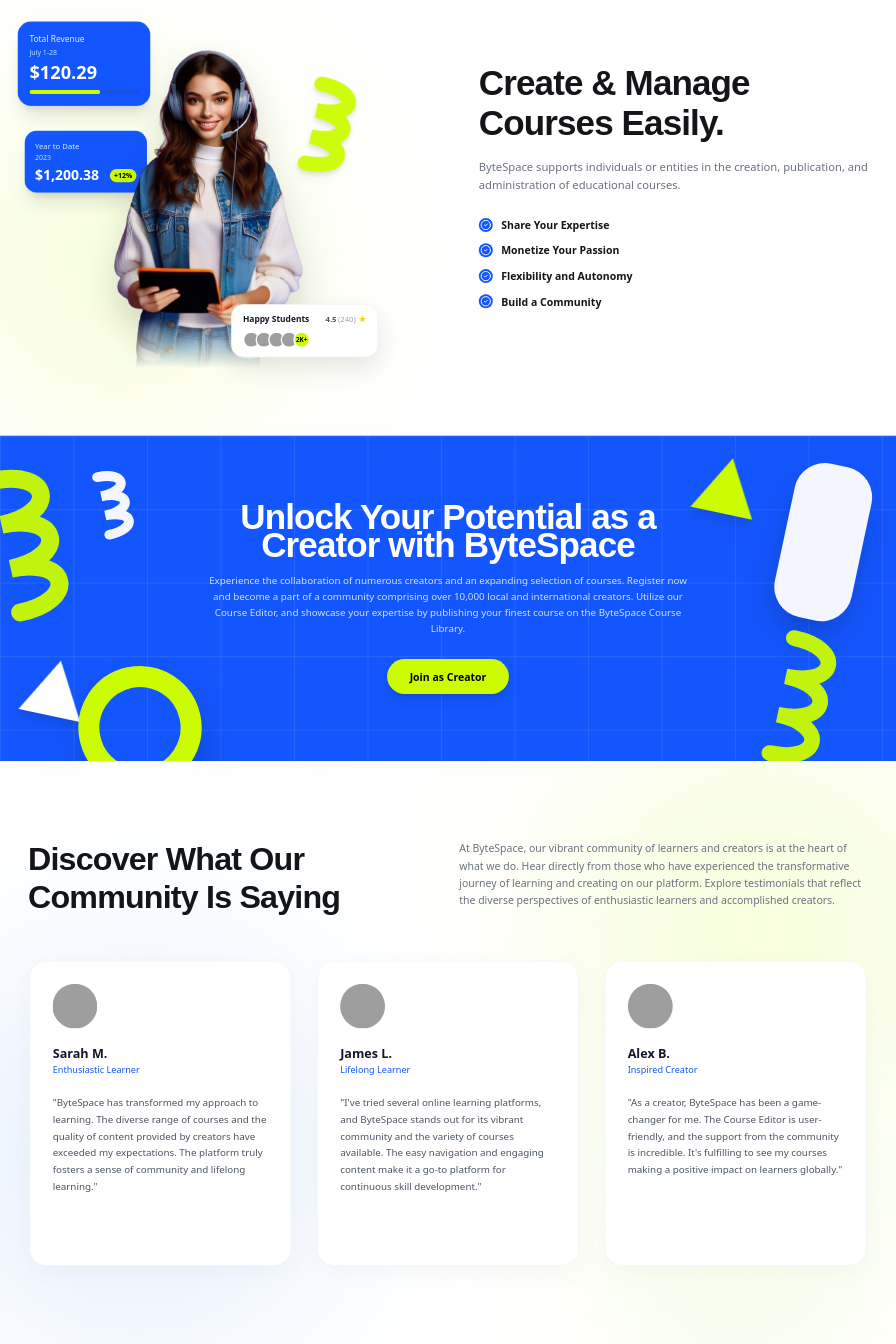
Repository: mdkawsarjomadder/bytespace
Page: /
The author's editor kept a copy of each file at every save. The page is drawn from the files as they stood at one save, then again after the next save.
The browser window is 1280 px wide. The pictures show the part of the page from y = 4009 to 5929 px (the page is 5929 px tall), at 70% of full size.
Pictures or frames that could not be fetched are drawn as grey boxes. Some web fonts or font styles are not loaded; a fallback is used. The project was rebuilt for these pictures with package versions that can differ from the ones it lists, and the page was loaded fresh each time. Also part of the build but not shown: vite.config.js.

Above is the page before, as saved 2026-09-30 00:40:23.

### index.html
<!doctype html>
<html lang="en">
  <head>
    <meta charset="UTF-8" />
    <link rel="icon" type="image/svg+xml" href="/favicon.svg" />
    <meta name="viewport" content="width=device-width, initial-scale=1.0" />
    <title>bytespace</title>
  </head>
  <body>
    <div id="root"></div>
    <script type="module" src="/src/main.jsx"></script>
    <link href="https://api.fontshare.com/v2/css?f[]=satoshi@400,500,700&display=swap" rel="stylesheet">
  </body>
</html>

### src/App.jsx
import React from 'react';
import Navbar from './components/Navbar';
import Hero from './components/Hero';
import CategoryPills from './components/CategoryPills';
import CourseGrid from './components/CourseGrid';
import LearningPaths from './components/LearningPaths';
import GrowthStats from './components/GrowthStats';
import CreatorCTA from './components/CreatorCTA';
import UnlockCreatorBanner from './components/UnlockCreatorBanner';
import Testimonials from './components/Testimonials';

function App() {
  return (
    <div className="min-h-screen bg-gray-50 font-sans">
      <Navbar />
      <Hero />
      < CategoryPills/>
      < CourseGrid/>
      < LearningPaths/>
      < GrowthStats/>
      < CreatorCTA/>
      < UnlockCreatorBanner/>
      < Testimonials  />
    </div>
  );
}

export default App;

### src/components/Navbar.jsx
import React from 'react';
import { ShoppingBag } from 'lucide-react';

const Navbar = () => {
  return (
    <header className="w-full h-[120px] bg-[#1456fd] border-b border-blue-400/20 pl-[122px] pr-16 flex items-center justify-between relative z-50">
      {/* 1. Brand Logo (Figma Specs: 171px x 37px) */}
      <div
        className="w-[171px] h-[37px] flex items-center gap-3 cursor-pointer select-none"
        style={{ opacity: 1 }}
      >
        {/* Play Icon Logo */}
        <div className="w-[37px] h-[37px] rounded-full bg-[#d2fb1b] flex items-center justify-center shrink-0">
          <svg
            className="w-4 h-4 text-black fill-current translate-x-0.5"
            viewBox="0 0 24 24"
          >
            <path d="M8 5v14l11-7z" />
          </svg>
        </div>
        {/* Logo Text */}
        <span className="text-[28px] font-bold tracking-tight text-white leading-none font-['Satoshi']">
          ByteSpace
        </span>
      </div>

      {/* 2. Navigation Links */}
      <nav className="hidden md:flex items-center gap-8 font-['Satoshi']">
        <a
          href="#home"
          className="text-[#F5F5F6] text-[16px] leading-[160%] font-normal hover:text-[#d2fb1b] transition-colors"
        >
          Home
        </a>
        <a
          href="#courses"
          className="w-[58px] h-[26px] flex items-center text-[#F5F5F6] text-[16px] leading-[160%] font-normal hover:text-[#d2fb1b] transition-colors"
          style={{ opacity: 1 }}
        >
          Courses
        </a>
        <a
          href="#creators"
          className="text-[#F5F5F6] text-[16px] leading-[160%] font-normal hover:text-[#d2fb1b] transition-colors"
        >
          Creators
        </a>
      </nav>

      {/* 3. Action Buttons & Cart */}
      <div className="flex items-center gap-6 font-['Satoshi']">
        <button
          className="w-[49px] h-[24px] flex items-center justify-center text-[#F5F5F6] text-[16px] leading-[24px] font-normal hover:text-white/80 transition-colors"
          style={{ opacity: 1 }}
        >
          Sign In
        </button>
        <button
          className="h-[24px] px-2 flex items-center justify-center text-[#F5F5F6] text-[16px] leading-[24px] font-normal hover:text-white/80 transition-colors"
          style={{ opacity: 1 }}
        >
          Join us
        </button>
        <button className="text-[#F5F5F6] hover:text-[#d2fb1b] transition-colors flex items-center justify-center ml-2">
          <ShoppingBag size={22} strokeWidth={2} />
        </button>
      </div>
    </header>
  );
};

export default Navbar;

### src/components/CategoryPills.jsx
import React, { useState } from 'react';

const CategoryPills = () => {
  const [activeCategory, setActiveCategory] = useState('Featured');

  // ফিগমার হুবহু ৩টি সারি
  const row1 = [
    'Featured',
    'Music',
    'Drawing & Painting',
    'Marketing',
    'Animation',
    'Social Media',
    'UI/UX Design',
    'Creative Marketing',
  ];

  const row2 = [
    'Digital Illustration',
    'Film & Video',
    'Crafts',
    'Freelance & Entrepreneurship',
    'Graphic Design',
    'Photography',
  ];

  const row3 = [
    'Productivity',
    'Web Development',
    'Data Science',
    'Cooking',
  ];

  return (
    <section className="w-full bg-white pt-24 pb-20 px-4 flex flex-col items-center text-center">
      <div className="w-full max-w-[1200px] mx-auto flex flex-col items-center">

        {/* Title */}
        <h2 className="text-3xl md:text-[44px] font-bold text-[#141518] tracking-tight leading-[1.2] font-['Satoshi',sans-serif]">
          Discover Your Passion, <br /> Build Your Skills
        </h2>

        {/* Subtitle */}
        <p className="mt-4 text-[15px] text-gray-500 max-w-[650px] leading-relaxed font-normal">
          At Bytespace Courses, we bring you closer to life-changing knowledge. Explore a variety of courses across different fields, from technology to the arts, and make a difference in your career and life.
        </p>

        {/* Category Filter Pills (Strict 3 Rows) */}
        <div className="mt-12 flex flex-col items-center gap-3.5 w-full">

          {/* Row 1: 8 Items (No wrap on large screens) */}
          <div className="flex flex-wrap lg:flex-nowrap justify-center items-center gap-2.5">
            {row1.map((item) => (
              <button
                key={item}
                onClick={() => setActiveCategory(item)}
                className={`px-4 py-2 rounded-full text-[13px] font-medium transition-all whitespace-nowrap cursor-pointer ${
                  activeCategory === item
                    ? 'bg-[#CBFC01] text-black font-semibold'
                    : 'bg-[#F4F5F7] text-gray-700 hover:bg-gray-200'
                }`}
              >
                {item}
              </button>
            ))}
          </div>

          {/* Row 2: 6 Items */}
          <div className="flex flex-wrap lg:flex-nowrap justify-center items-center gap-2.5">
            {row2.map((item) => (
              <button
                key={item}
                onClick={() => setActiveCategory(item)}
                className={`px-4 py-2 rounded-full text-[13px] font-medium transition-all whitespace-nowrap cursor-pointer ${
                  activeCategory === item
                    ? 'bg-[#CBFC01] text-black font-semibold'
                    : 'bg-[#F4F5F7] text-gray-700 hover:bg-gray-200'
                }`}
              >
                {item}
              </button>
            ))}
          </div>

          {/* Row 3: 4 Items + More Button */}
          <div className="flex flex-wrap justify-center items-center gap-2.5">
            {row3.map((item) => (
              <button
                key={item}
                onClick={() => setActiveCategory(item)}
                className={`px-4 py-2 rounded-full text-[13px] font-medium transition-all whitespace-nowrap cursor-pointer ${
                  activeCategory === item
                    ? 'bg-[#CBFC01] text-black font-semibold'
                    : 'bg-[#F4F5F7] text-gray-700 hover:bg-gray-200'
                }`}
              >
                {item}
              </button>
            ))}

            {/* + More Button */}
            <button className="px-3 py-2 text-[13px] font-semibold text-[#1456fd] hover:underline cursor-pointer flex items-center gap-1">
              + More
            </button>
          </div>

        </div>

      </div>
    </section>
  );
};

export default CategoryPills;

### src/components/LearningPaths.jsx
import React from 'react';
import { PenTool, Code, Laptop, Building2, Megaphone, Camera } from 'lucide-react';

const paths = [
  { id: 1, name: 'Design', icon: PenTool },
  { id: 2, name: 'Development', icon: Code },
  { id: 3, name: 'IT & Software', icon: Laptop },
  { id: 4, name: 'Business', icon: Building2 },
  { id: 5, name: 'Marketing', icon: Megaphone },
  { id: 6, name: 'Photography', icon: Camera },
];

const LearningPaths = () => {
  return (
    <section className="w-full bg-white py-20 px-4 flex justify-center">
      <div className="w-full max-w-[1202px] flex flex-col items-center text-center">

        {/* Title */}
        <h2 className="text-3xl md:text-[44px] font-bold text-[#141518] tracking-tight leading-[1.2] font-['Satoshi',sans-serif]">
          Explore Diverse Learning Paths at Bytespace
        </h2>

        {/* Subtitle */}
        <p className="mt-4 text-sm md:text-[15px] text-gray-500 max-w-[760px] leading-relaxed font-normal">
          At Bytespace, we believe in empowering individuals through knowledge. Our diverse range of courses spans various fields, ensuring there's something for everyone. Unleash your potential and explore our carefully curated categories.
        </p>

        {/* Learning Path 6 Cards Row (Figma: 1202px x 167px) */}
        <div className="mt-14 w-full grid grid-cols-2 sm:grid-cols-3 lg:grid-cols-6 gap-4">
          {paths.map((item) => {
            const Icon = item.icon;
            return (
              <div
                key={item.id}
                className="h-[167px] bg-white rounded-[24px] border border-gray-200/90 hover:border-gray-300 shadow-[0_4px_20px_rgba(0,0,0,0.02)] hover:shadow-md transition-all duration-200 flex flex-col items-center justify-center gap-4 cursor-pointer group"
              >
                {/* Lime Circular Icon */}
                <div className="w-14 h-14 rounded-full bg-[#CBFC01] flex items-center justify-center transition-transform group-hover:scale-110">
                  <Icon className="w-6 h-6 text-black stroke-[2.2]" />
                </div>

                {/* Path Label */}
                <span className="text-[15px] font-bold text-gray-900 group-hover:text-[#1456fd] transition-colors">
                  {item.name}
                </span>
              </div>
            );
          })}
        </div>

      </div>
    </section>
  );
};

export default LearningPaths;

### src/components/Testimonials.jsx
import React from 'react';

const testimonials = [
  {
    id: 1,
    name: 'Sarah M.',
    role: 'Enthusiastic Learner',
    avatar: 'https://images.unsplash.com/photo-1534528741775-53994a69daeb?auto=format&fit=crop&w=150&q=80',
    quote:
      '"ByteSpace has transformed my approach to learning. The diverse range of courses and the quality of content provided by creators have exceeded my expectations. The platform truly fosters a sense of community and lifelong learning."',
  },
  {
    id: 2,
    name: 'James L.',
    role: 'Lifelong Learner',
    avatar: 'https://images.unsplash.com/photo-1507003211169-0a1dd7228f2d?auto=format&fit=crop&w=150&q=80',
    quote:
      '"I\'ve tried several online learning platforms, and ByteSpace stands out for its vibrant community and the variety of courses available. The easy navigation and engaging content make it a go-to platform for continuous skill development."',
  },
  {
    id: 3,
    name: 'Alex B.',
    role: 'Inspired Creator',
    avatar: 'https://images.unsplash.com/photo-1500648767791-00dcc994a43e?auto=format&fit=crop&w=150&q=80',
    quote:
      '"As a creator, ByteSpace has been a game-changer for me. The Course Editor is user-friendly, and the support from the community is incredible. It\'s fulfilling to see my courses making a positive impact on learners globally."',
  },
];

const Testimonials = () => {
  return (
    <section className="relative w-full bg-white py-28 px-4 overflow-hidden flex justify-center">
      {/* 1. Exact Ambient Background Glows */}
      {/* Bottom-Left Soft Blue Glow */}
      <div className="absolute -left-20 bottom-0 w-[550px] h-[550px] bg-[#dbeafe]/70 rounded-full blur-[140px] pointer-events-none" />

      {/* Top-Right Soft Lime Glow */}
      <div className="absolute -right-20 -top-10 w-[550px] h-[550px] bg-[#f2ffc2]/60 rounded-full blur-[150px] pointer-events-none" />

      {/* Bottom-Right Soft Lime Glow Accent */}
      <div className="absolute right-0 bottom-[-80px] w-[450px] h-[450px] bg-[#f7fee7]/80 rounded-full blur-[130px] pointer-events-none" />

      <div className="relative z-10 w-full max-w-[1200px] flex flex-col items-center">

        {/* ================= HEADER: TITLE & PARAGRAPH ================= */}
        <div className="w-full grid grid-cols-1 lg:grid-cols-12 gap-8 items-start mb-16">
          {/* Left Title */}
          <div className="lg:col-span-6">
            <h2 className="text-4xl md:text-[46px] font-bold text-[#141518] tracking-tight leading-[1.18] font-['Satoshi',sans-serif]">
              Discover What Our <br /> Community Is Saying
            </h2>
          </div>

          {/* Right Subtitle */}
          <div className="lg:col-span-6 flex items-center">
            <p className="text-[14px] md:text-[15px] text-gray-500 leading-relaxed font-normal">
              At ByteSpace, our vibrant community of learners and creators is at the heart of what we do. Hear directly from those who have experienced the transformative journey of learning and creating on our platform. Explore testimonials that reflect the diverse perspectives of enthusiastic learners and accomplished creators.
            </p>
          </div>
        </div>

        {/* ================= 3 TESTIMONIAL CARDS (374px x 436px) ================= */}
        <div className="w-full grid grid-cols-1 md:grid-cols-2 lg:grid-cols-3 gap-8 justify-items-center">
          {testimonials.map((item) => (
            <div
              key={item.id}
              className="w-full max-w-[374px] min-h-[436px] bg-white rounded-[24px] p-8 shadow-[0_10px_35px_rgba(0,0,0,0.03)] border border-gray-100 flex flex-col justify-start text-left hover:shadow-lg transition-all duration-300"
            >
              {/* Avatar Circle */}
              <div className="w-16 h-16 rounded-full overflow-hidden bg-gray-100 mb-6 shrink-0">
                <img
                  src={item.avatar}
                  alt={item.name}
                  className="w-full h-full object-cover"
                />
              </div>

              {/* Name & Role */}
              <div>
                <h4 className="text-[18px] font-bold text-gray-900 leading-tight">
                  {item.name}
                </h4>
                <p className="text-[13px] text-[#1456fd] font-medium mt-1">
                  {item.role}
                </p>
              </div>

              {/* Quote Content */}
              <p className="mt-6 text-[14px] leading-[1.7] text-gray-600 font-normal">
                {item.quote}
              </p>
            </div>
          ))}
        </div>

      </div>
    </section>
  );
};

export default Testimonials;

Loaded but not shown: src/main.jsx (common file); src/index.css (common file); tailwind.config.js (common file); src/components/Hero.jsx (220 lines, source omitted); src/components/GrowthStats.jsx (195 lines, source omitted); src/components/CreatorCTA.jsx (126 lines, source omitted); src/components/CourseGrid.jsx (160 lines, source omitted); src/components/UnlockCreatorBanner.jsx (71 lines, source omitted)

After the next save:
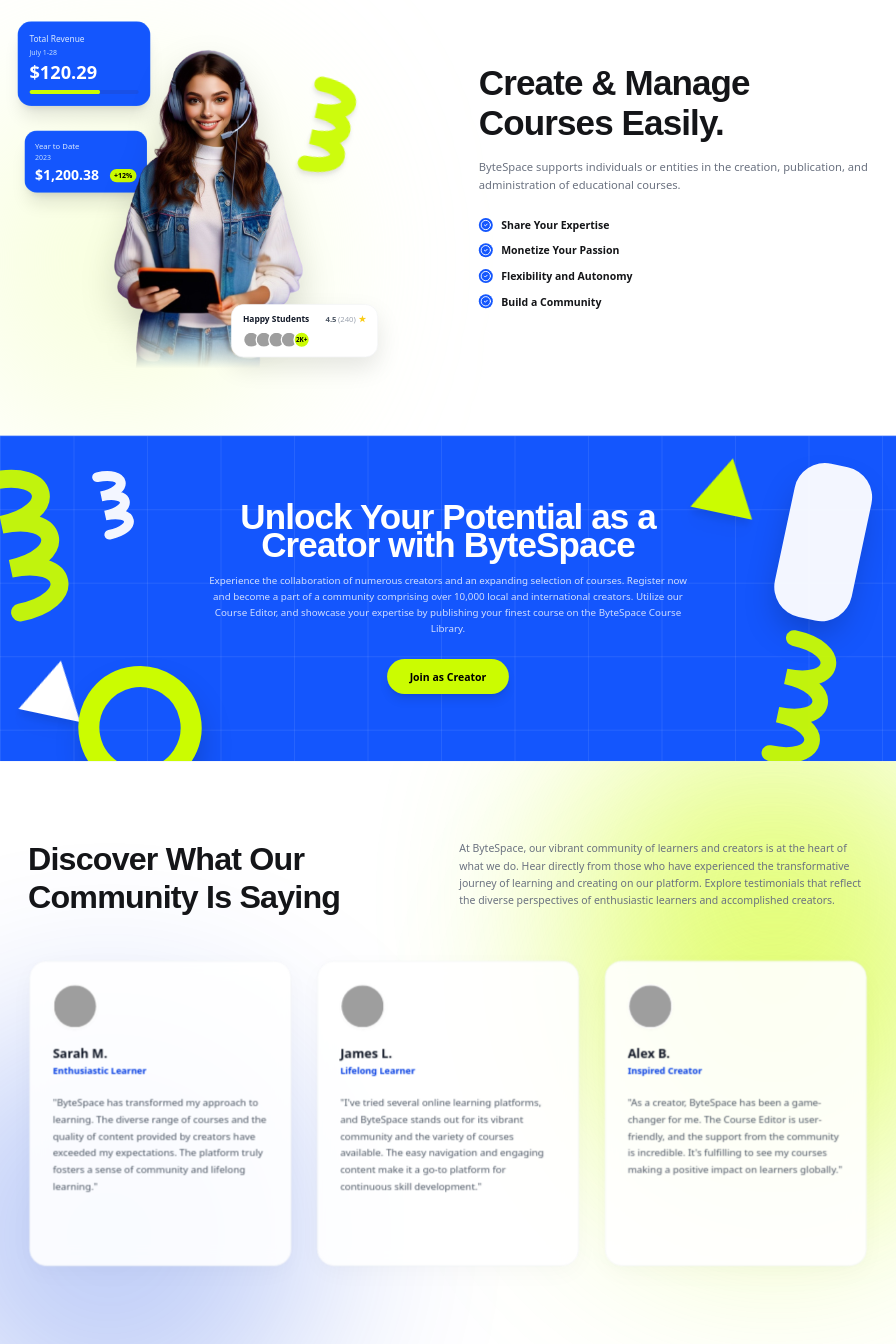
Saved 3 min 7 s later.
--- a/src/components/Testimonials.jsx
+++ b/src/components/Testimonials.jsx
@@ -30,28 +30,37 @@
 const Testimonials = () => {
   return (
     <section className="relative w-full bg-white py-28 px-4 overflow-hidden flex justify-center">
-      {/* 1. Exact Ambient Background Glows */}
-      {/* Bottom-Left Soft Blue Glow */}
-      <div className="absolute -left-20 bottom-0 w-[550px] h-[550px] bg-[#dbeafe]/70 rounded-full blur-[140px] pointer-events-none" />
+      {/* ================= EXACT BACKGROUND GLOWS ================= */}
 
-      {/* Top-Right Soft Lime Glow */}
-      <div className="absolute -right-20 -top-10 w-[550px] h-[550px] bg-[#f2ffc2]/60 rounded-full blur-[150px] pointer-events-none" />
+      {/* 1. Niche Left Konare: Deep Blue (#003BE2) Glow */}
+      <div
+        className="absolute -left-36 -bottom-36 w-[600px] h-[600px] rounded-full blur-[140px] pointer-events-none opacity-25"
+        style={{ backgroundColor: '#003BE2' }}
+      />
 
-      {/* Bottom-Right Soft Lime Glow Accent */}
-      <div className="absolute right-0 bottom-[-80px] w-[450px] h-[450px] bg-[#f7fee7]/80 rounded-full blur-[130px] pointer-events-none" />
+      {/* 2. Right Upore: Lime Green (#CBFC01) Glow */}
+      <div
+        className="absolute -right-24 -top-20 w-[550px] h-[550px] rounded-full blur-[150px] pointer-events-none opacity-45"
+        style={{ backgroundColor: '#CBFC01' }}
+      />
 
+      {/* 3. Right Center: Lime Green (#CBFC01) Glow */}
+      <div
+        className="absolute -right-20 top-1/2 -translate-y-1/2 w-[500px] h-[500px] rounded-full blur-[160px] pointer-events-none opacity-40"
+        style={{ backgroundColor: '#CBFC01' }}
+      />
+
+      {/* ================= MAIN CONTENT ================= */}
       <div className="relative z-10 w-full max-w-[1200px] flex flex-col items-center">
 
-        {/* ================= HEADER: TITLE & PARAGRAPH ================= */}
+        {/* Header: Title & Subtitle */}
         <div className="w-full grid grid-cols-1 lg:grid-cols-12 gap-8 items-start mb-16">
-          {/* Left Title */}
           <div className="lg:col-span-6">
             <h2 className="text-4xl md:text-[46px] font-bold text-[#141518] tracking-tight leading-[1.18] font-['Satoshi',sans-serif]">
               Discover What Our <br /> Community Is Saying
             </h2>
           </div>
 
-          {/* Right Subtitle */}
           <div className="lg:col-span-6 flex items-center">
             <p className="text-[14px] md:text-[15px] text-gray-500 leading-relaxed font-normal">
               At ByteSpace, our vibrant community of learners and creators is at the heart of what we do. Hear directly from those who have experienced the transformative journey of learning and creating on our platform. Explore testimonials that reflect the diverse perspectives of enthusiastic learners and accomplished creators.
@@ -59,15 +68,15 @@
           </div>
         </div>
 
-        {/* ================= 3 TESTIMONIAL CARDS (374px x 436px) ================= */}
+        {/* 3 Cards Grid (Figma Specs: 374 Hug x 436 Hug) */}
         <div className="w-full grid grid-cols-1 md:grid-cols-2 lg:grid-cols-3 gap-8 justify-items-center">
           {testimonials.map((item) => (
             <div
               key={item.id}
-              className="w-full max-w-[374px] min-h-[436px] bg-white rounded-[24px] p-8 shadow-[0_10px_35px_rgba(0,0,0,0.03)] border border-gray-100 flex flex-col justify-start text-left hover:shadow-lg transition-all duration-300"
+              className="w-full max-w-[374px] min-h-[436px] bg-white/90 backdrop-blur-md rounded-[24px] p-8 shadow-[0_10px_35px_rgba(0,0,0,0.03)] border border-gray-100 flex flex-col justify-start text-left hover:shadow-lg transition-all duration-300"
             >
-              {/* Avatar Circle */}
-              <div className="w-16 h-16 rounded-full overflow-hidden bg-gray-100 mb-6 shrink-0">
+              {/* Avatar */}
+              <div className="w-16 h-16 rounded-full overflow-hidden bg-gray-100 mb-6 shrink-0 border-2 border-white shadow-sm">
                 <img
                   src={item.avatar}
                   alt={item.name}
@@ -80,12 +89,12 @@
                 <h4 className="text-[18px] font-bold text-gray-900 leading-tight">
                   {item.name}
                 </h4>
-                <p className="text-[13px] text-[#1456fd] font-medium mt-1">
+                <p className="text-[13px] text-[#003BE2] font-semibold mt-1">
                   {item.role}
                 </p>
               </div>
 
-              {/* Quote Content */}
+              {/* Quote */}
               <p className="mt-6 text-[14px] leading-[1.7] text-gray-600 font-normal">
                 {item.quote}
               </p>
